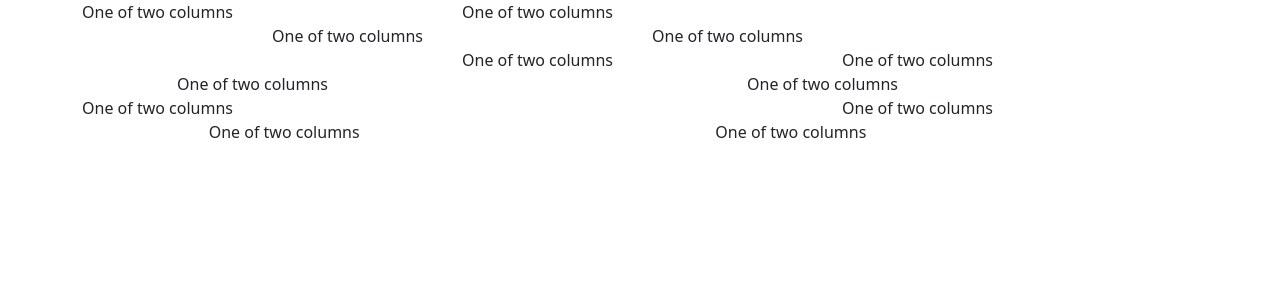
Repository: MintuKrishnan/subrahmanyam-batch
Page: front-end/bootstrap/index.html
These files come from the project's save history. The page is drawn as it stood at one moment and after the next save; the edit follows.
The browser window is 1280 px wide. The pictures show the whole page.

Above is the page before, as saved 2021-03-09 10:17:21.

### front-end/bootstrap/index.html
<!DOCTYPE html>
<html lang="en">
  <head>
    <!-- Required meta tags -->
    <meta charset="utf-8" />
    <meta name="viewport" content="width=device-width, initial-scale=1" />

    <!-- Bootstrap CSS -->
    <link
      href="https://cdn.jsdelivr.net/npm/bootstrap@5.0.0-beta2/dist/css/bootstrap.min.css"
      rel="stylesheet"
      integrity="sha384-BmbxuPwQa2lc/FVzBcNJ7UAyJxM6wuqIj61tLrc4wSX0szH/Ev+nYRRuWlolflfl"
      crossorigin="anonymous"
    />

    <title>Hello, world!</title>
  </head>
  <body>
    <div class="container">
      <div class="row justify-content-start">
        <div class="col-4 bg-color-danger">One of two columns</div>
        <div class="col-4">One of two columns</div>
      </div>
      <div class="row justify-content-center">
        <div class="col-4">One of two columns</div>
        <div class="col-4">One of two columns</div>
      </div>
      <div class="row justify-content-end">
        <div class="col-4">One of two columns</div>
        <div class="col-4">One of two columns</div>
      </div>
      <div class="row justify-content-around">
        <div class="col-4">One of two columns</div>
        <div class="col-4">One of two columns</div>
      </div>
      <div class="row justify-content-between">
        <div class="col-4">One of two columns</div>
        <div class="col-4">One of two columns</div>
      </div>
      <div class="row justify-content-evenly">
        <div class="col-4">One of two columns</div>
        <div class="col-4">One of two columns</div>
      </div>
    </div>

    <!-- Optional JavaScript; choose one of the two! -->

    <!-- Option 1: Bootstrap Bundle with Popper -->
    <script
      src="https://cdn.jsdelivr.net/npm/bootstrap@5.0.0-beta2/dist/js/bootstrap.bundle.min.js"
      integrity="sha384-b5kHyXgcpbZJO/tY9Ul7kGkf1S0CWuKcCD38l8YkeH8z8QjE0GmW1gYU5S9FOnJ0"
      crossorigin="anonymous"
    ></script>

    <!-- Option 2: Separate Popper and Bootstrap JS -->
    <!--
    <script src="https://cdn.jsdelivr.net/npm/@popperjs/core@2.6.0/dist/umd/popper.min.js" integrity="sha384-KsvD1yqQ1/1+IA7gi3P0tyJcT3vR+NdBTt13hSJ2lnve8agRGXTTyNaBYmCR/Nwi" crossorigin="anonymous"></script>
    <script src="https://cdn.jsdelivr.net/npm/bootstrap@5.0.0-beta2/dist/js/bootstrap.min.js" integrity="sha384-nsg8ua9HAw1y0W1btsyWgBklPnCUAFLuTMS2G72MMONqmOymq585AcH49TLBQObG" crossorigin="anonymous"></script>
    -->
  </body>
</html>

After the next save:
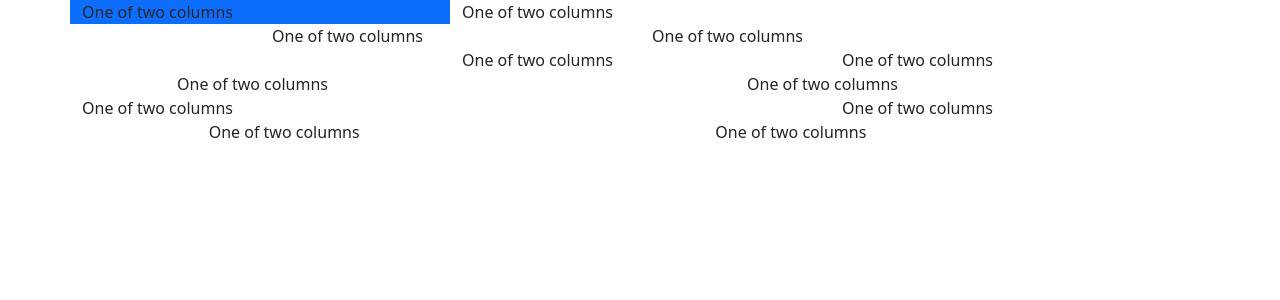
Saved 36 s later.
--- a/front-end/bootstrap/index.html
+++ b/front-end/bootstrap/index.html
@@ -18,7 +18,7 @@
   <body>
     <div class="container">
       <div class="row justify-content-start">
-        <div class="col-4 bg-color-danger">One of two columns</div>
+        <div class="col-4 bg-primary">One of two columns</div>
         <div class="col-4">One of two columns</div>
       </div>
       <div class="row justify-content-center">
